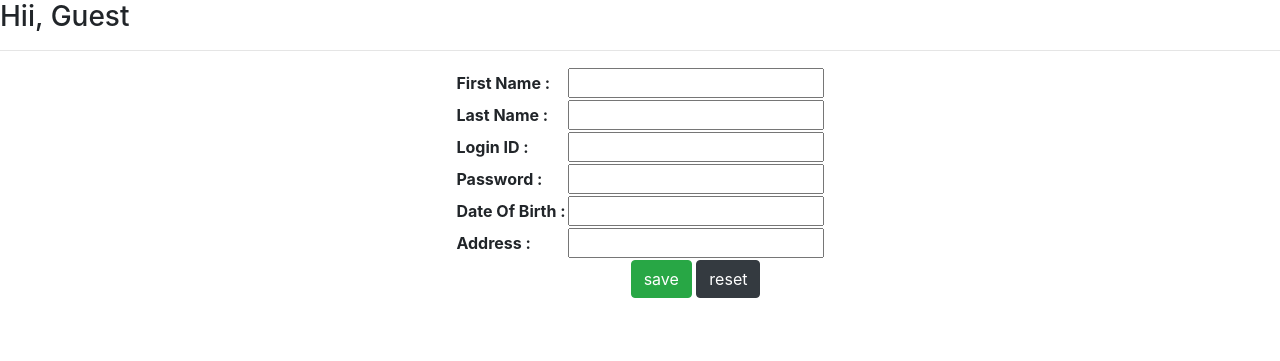
Repository: NikhilKhandait/Spring_MVC
Page: http://localhost/spring-mvc/WEB-INF/pages/UserView.jsp
An editor plug-in stored every save of this project. The page is shown before and after the next save, followed by the edit.
The browser window is 1280 px wide. The pictures show the whole page.
Some web libraries are served in a nearby version. The page is served by Tomcat 9. Nobody is signed in. Other server files are loaded and not shown. The template is opened directly, without the code that normally fills it, so the values that code supplies are empty.

Above is the page before, as saved 2024-05-24 06:41:42.

### New folder/Spring-mvc/spring-mvc/src/main/webapp/WEB-INF/pages/UserView.jsp
<%@ page language="java" contentType="text/html; charset=ISO-8859-1"
	pageEncoding="ISO-8859-1"%>
<%@ page isELIgnored="false"%>
<%@taglib uri="http://java.sun.com/jsp/jstl/core" prefix="c"%>
<%@taglib uri="http://www.springframework.org/tags/form" prefix="sf"%>
<%@taglib uri="http://www.springframework.org/tags" prefix="s"%>
<!DOCTYPE html>
<html>
<head>
<meta charset="ISO-8859-1">
<title>Insert title here</title>
</head>
<body>
	<%@ include file="Header.jsp"%>
	<sf:form method="post" modelAttribute="form">
		<div align="center">

			<c:if test="${form.id>0}">
				<h1 style="color: navy">Update User</h1>
			</c:if>
			<c:if test="${form.id==0}">
				<h1 style="color: navy">Add User</h1>
			</c:if>
			<table>
				<tr>
					<th align="left">First Name :</th>
					<td><sf:input path="firstName" /></td>
				</tr>
				<tr>
					<th align="left">Last Name :</th>
					<td><sf:input path="lastName" /></td>
				</tr>
				<tr>
					<th align="left">Login ID :</th>
					<td><sf:input path="login" /></td>
				</tr>
				<tr>
					<th align="left">Password :</th>
					<td><sf:input path="password" /></td>
				</tr>
				<tr>
					<th align="left">Date Of Birth :</th>
					<td><sf:input path="dob" /></td>
				</tr>
				<tr>
					<th align="left">Address :</th>
					<td><sf:input path="address" /></td>
				</tr>
				<tr>
					<th></th>
					<td align="center"><input type="submit" name="operation" class="btn btn-success" value="save">
					<input type="submit" name="operation" class="btn btn-dark" value="reset">
					</td>
				</tr>

			</table>
		</div>
	</sf:form>
	<%-- <%@ include file="Footer.jsp"%> --%>
</body>
</html>

### New folder/Spring-mvc/spring-mvc/src/main/webapp/WEB-INF/pages/Header.jsp
<%@ page language="java" contentType="text/html; charset=ISO-8859-1"
	pageEncoding="ISO-8859-1"%>
<%@ page isELIgnored="false"%>
<%@taglib uri="http://java.sun.com/jsp/jstl/core" prefix="c"%>
<%@taglib uri="http://www.springframework.org/tags/form" prefix="sf"%>
<%@taglib uri="http://www.springframework.org/tags" prefix="s"%>
<!DOCTYPE html>
<html>
<head>
<meta charset="ISO-8859-1">
<title>Insert title here</title>
<link rel="stylesheet"
	href="https://use.fontawesome.com/releases/v5.6.3/css/all.css"
	integrity="sha384-UHRtZLI+pbxtHCWp1t77Bi1L4ZtiqrqD80Kn4Z8NTSRyMA2Fd33n5dQ8lWUE00s/"
	crossorigin="anonymous">


<link rel="stylesheet"
	href="https://maxcdn.bootstrapcdn.com/bootstrap/4.4.1/css/bootstrap.min.css">
<script
	src="https://ajax.googleapis.com/ajax/libs/jquery/3.4.1/jquery.min.js"></script>
<script
	src="https://maxcdn.bootstrapcdn.com/bootstrap/4.4.1/js/bootstrap.min.js"></script>
<style type="text/css">
.reg {
	background-image: linear-gradient(to right, #d7d2cc 0%, #304352 100%);
}
</style>

</head>
<body>
<div style="color: black">
	<c:if test="${not empty sessionScope.user}">
		<h3 align="center">
			Hii,

			<c:out value="${sessionScope.user.firstName}"></c:out>
			&ensp;

			   <a href="<c:url value="/User"/>" class="btn btn-info" >Add User</a> | <a
				href="<c:url value="/User/search"/>" class="btn btn-warning">User List</a> | <a
				href="<c:url value="/Login?operation=logout"/>"class="btn btn-danger">Logout</a>
		</h3>
	</c:if>

	</div>
	<c:if test="${empty sessionScope.user}">
		<h3>Hii, Guest</h3>
	</c:if>
	<hr>
</body>
</html>

After the next save:
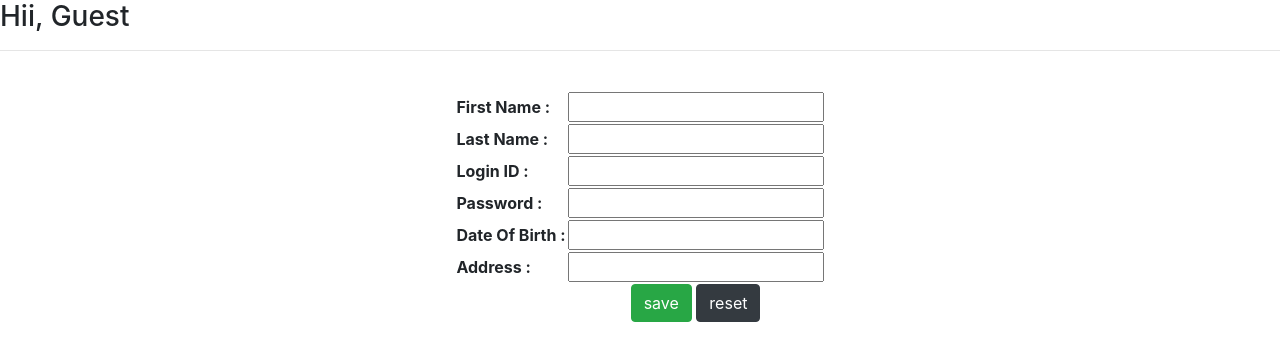
Saved 112 s later.
--- a/New folder/Spring-mvc/spring-mvc/src/main/webapp/WEB-INF/pages/UserView.jsp
+++ b/New folder/Spring-mvc/spring-mvc/src/main/webapp/WEB-INF/pages/UserView.jsp
@@ -46,11 +46,12 @@
 					<th align="left">Address :</th>
 					<td><sf:input path="address" /></td>
 				</tr>
+&nbsp;
 				<tr>
 					<th></th>
-					<td align="center"><input type="submit" name="operation" class="btn btn-success" value="save">
-					<input type="submit" name="operation" class="btn btn-dark" value="reset">
-					</td>
+					<td align="center"><input type="submit" name="operation"
+						class="btn btn-success" value="save"> <input type="submit"
+						name="operation" class="btn btn-dark" value="reset"></td>
 				</tr>
 
 			</table>
